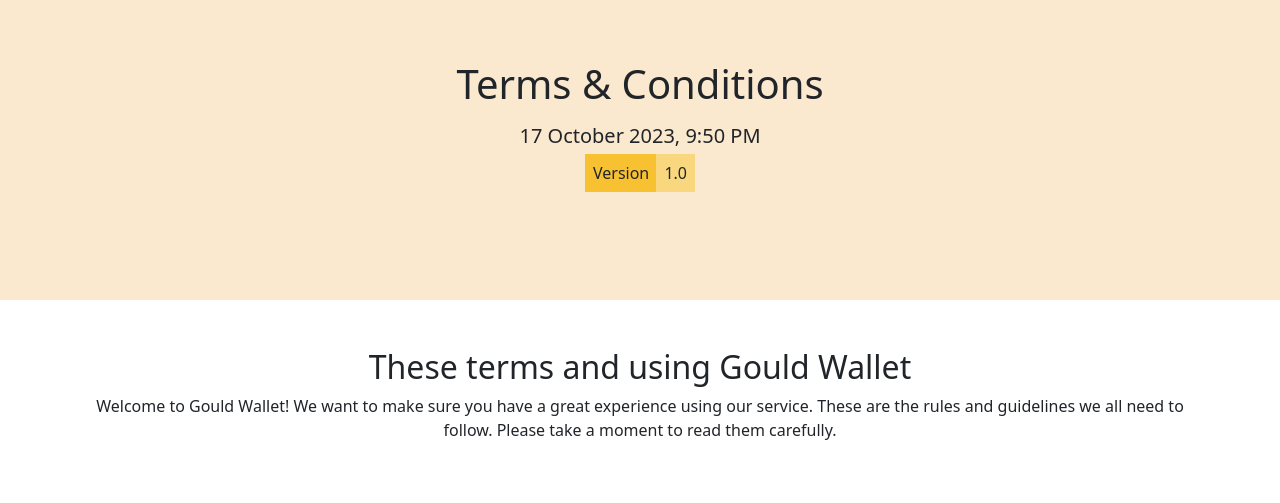
Repository: injectGroup/github.io
Page: terms.html
These files come from the project's save history. The page is drawn as it stood at one moment and after the next save; the edit follows.
The browser window is 1280 px wide. The pictures show the whole page.

Above is the page before, as saved 2023-11-30 08:18:17.

### terms.html
<!doctype html>
<html lang="en">

<head>
    <meta charset="utf-8">
    <meta name="viewport" content="width=device-width, initial-scale=1">
    <title>Bootstrap demo</title>
    <!-- GOULD CUSTOM CSS-->
    <link rel="stylesheet" href="/gouldwalletlegal/css/gouldcustom.css">
    <!--- BOOTSTRAP CDN -->
    <link href="https://cdn.jsdelivr.net/npm/bootstrap@5.3.2/dist/css/bootstrap.min.css" rel="stylesheet"
        integrity="sha384-T3c6CoIi6uLrA9TneNEoa7RxnatzjcDSCmG1MXxSR1GAsXEV/Dwwykc2MPK8M2HN" crossorigin="anonymous">
</head>

<body>
    <!-- Content here -->
    <div class="container-fluid text-center terms-content">
        <div class="row align-items-center">
            <div class="col align-self-center">
                <h1 class="text-center">
                    Terms & Conditions
                </h1>
            </div>
        </div>
        <div class="row align-items-center">
            <h5 class="version-date p-2">
                17 October 2023, 9:50 PM
            </h5>
            <div class="col align-self-center">
                <h6 class="text-center">
                    <span class="version p-2">Version</span>
                    <span class="version-number p-2">1.0</span>
                </h6>
            </div>

        </div>
    </div>
    <!-- BODY -->
    <dl class="container mt-5 text-center mx-auto">
        <dt class="">
            <h2>
                These terms and using Gould Wallet
            </h2>
        </dt>
        <dd class="col">
            <p>
                Welcome to Gould Wallet! We want to make sure you have a great experience using our service. These are
                the rules and
                guidelines we all need to follow. Please take a moment to read them carefully.
            </p>
        </dd>
    </dl>
    <!-- BOOTSTRAP JS-->
    <script src="https://cdn.jsdelivr.net/npm/bootstrap@5.3.2/dist/js/bootstrap.bundle.min.js"
        integrity="sha384-C6RzsynM9kWDrMNeT87bh95OGNyZPhcTNXj1NW7RuBCsyN/o0jlpcV8Qyq46cDfL"
        crossorigin="anonymous"></script>
</body>

</html>

### gouldwalletlegal/css/gouldcustom.css
/*
 *AUTHOR: Abdulkadir Mohammed @ Inject
 *DATE: Wed 29 November 2023
  *
 *This is a custom css for gould wallet.
 */
/*****************************
 *********** HEAD ***********
 *****************************/
.terms-content {
    background-color: #FAE9CE;
    height: 300px;
    width: 100%;
    padding-top: 60px;

}

.version {
    background-color: #F7C132;
    width: 100px;
    margin-right: -5px;
}

.version-number {
    background-color: #F9D77E;
}


/*****************************
  *********** BODY ***********
 *****************************/

/*****************************
 *********** FOOTER ***********
*****************************/

After the next save:
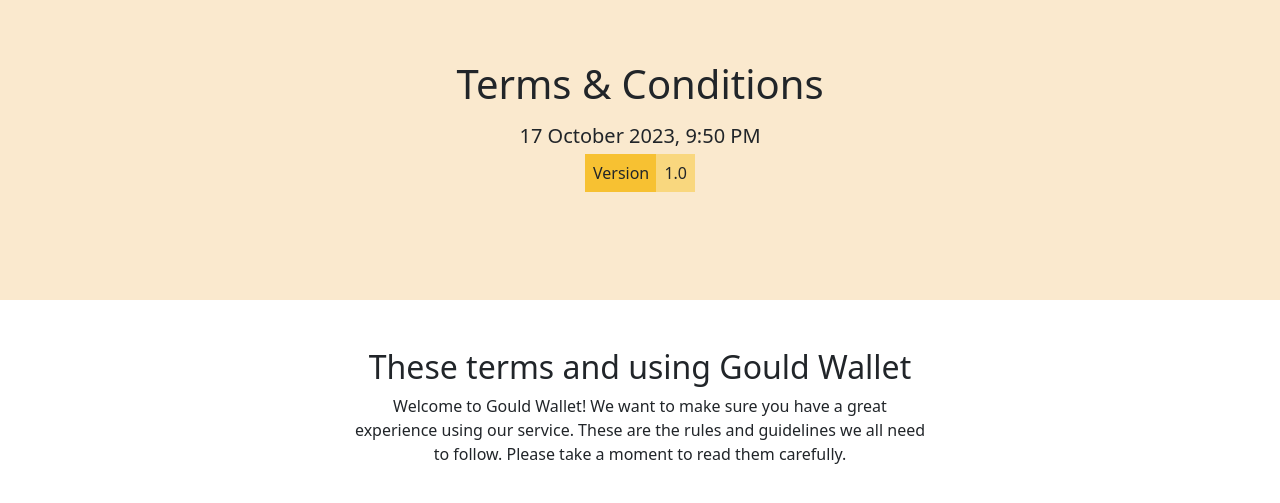
Saved 24 s later.
--- a/terms.html
+++ b/terms.html
@@ -36,7 +36,7 @@
         </div>
     </div>
     <!-- BODY -->
-    <dl class="container mt-5 text-center mx-auto">
+    <dl class="container mt-5 text-center mx-auto" style="width:600px;">
         <dt class="">
             <h2>
                 These terms and using Gould Wallet
